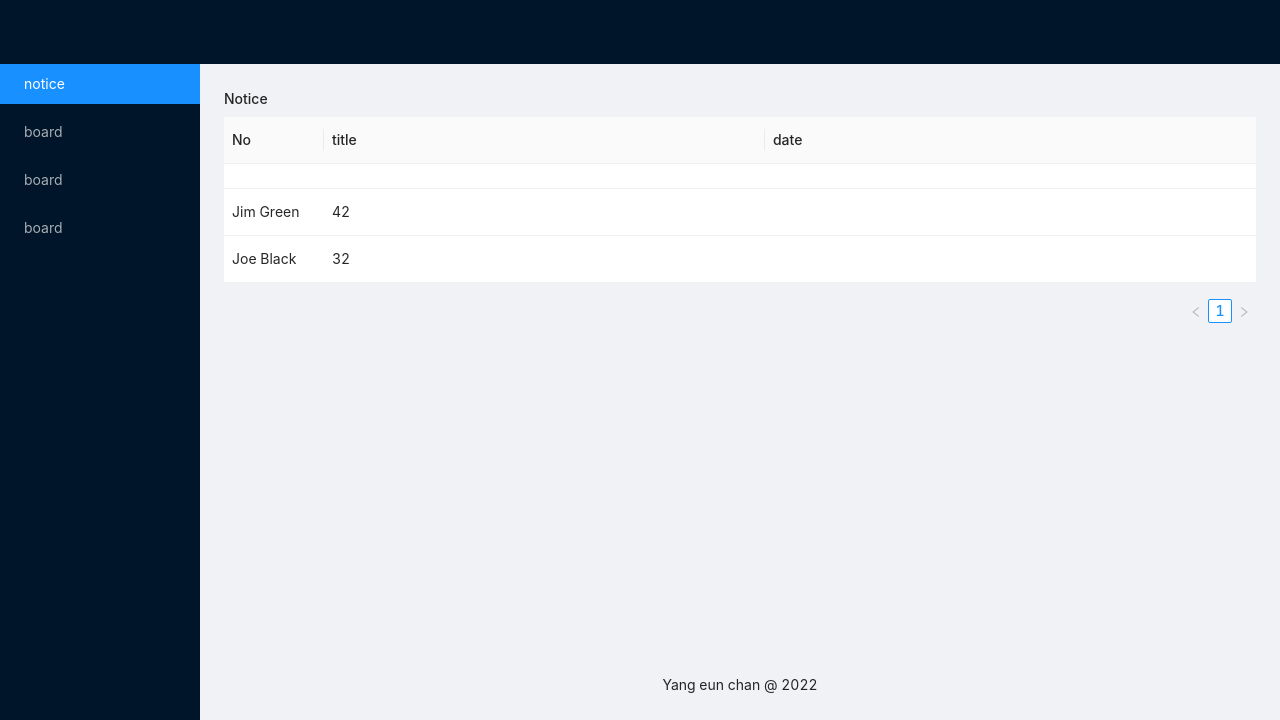
Repository: yangddoddi/community_react
Page: /
An editor plug-in stored every save of this project. The page is shown before and after the next save, followed by the edit.
The browser window is 1280 px wide. The pictures show the whole page.
The project was rebuilt for these pictures with package versions that can differ from the ones it lists, and the page was loaded fresh each time.

Above is the page before, as saved 2022-08-17 03:17:42.

After the next save:
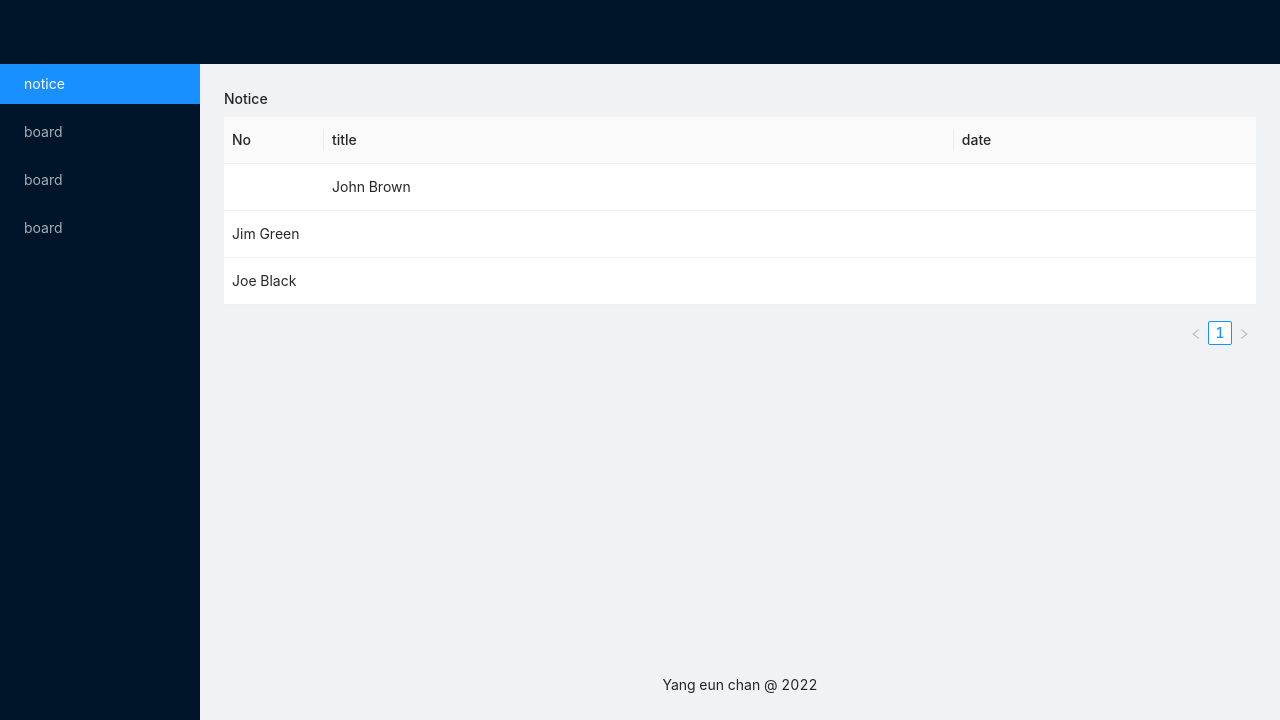
Saved 4 s later.
--- a/src/pages/Posts.js
+++ b/src/pages/Posts.js
@@ -10,7 +10,7 @@ const columns = [
   },
   {
     title: "title",
-    dataIndex: "age",
+    dataIndex: "title",
   },
   {
     title: "date",
